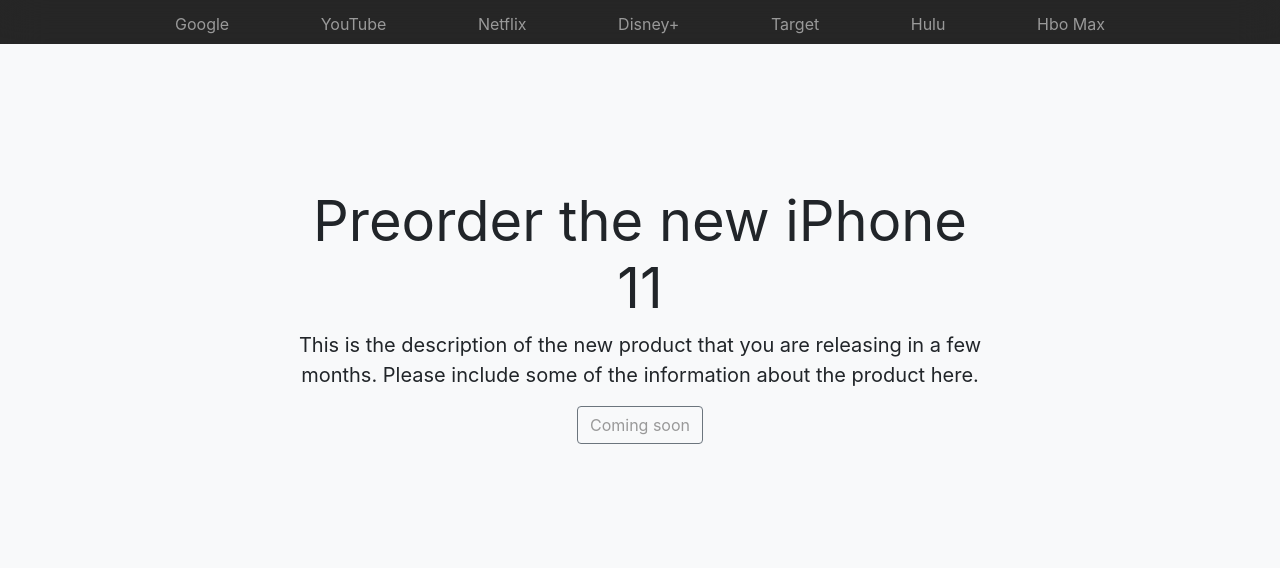
Repository: erosa068/EmilianoRosales-Resume
Page: LearnCS8-Twilio/index.html
The author's editor kept a record of every edit. The page is drawn from the files as they stood at one moment, then again after the next edit.
The browser window is 1280 px wide. The pictures show the part of the page from y = 0 to 568 px (the page is 1177 px tall).
A picture or video elsewhere on the page could not be fetched, so the positions and the page height are approximate.

Above is the page before.

### LearnCS8-Twilio/index.html
<!doctype html>
<html lang="en">
  <head>
    <!-- Required meta tags -->
    <meta charset="utf-8">
    <meta name="viewport" content="width=device-width, initial-scale=1, shrink-to-fit=no">
    <meta name="description" content="Nike and Jordan Sneakers for retail price, dont miss out">
    <meta name="author" content="862426617">

    <!-- Bootstrap CSS -->
    <link rel="stylesheet" href="https://stackpath.bootstrapcdn.com/bootstrap/4.5.2/css/bootstrap.min.css" integrity="sha384-JcKb8q3iqJ61gNV9KGb8thSsNjpSL0n8PARn9HuZOnIxN0hoP+VmmDGMN5t9UJ0Z" crossorigin="anonymous">

    <!-- Title of your Website -->
    <title>Dope Kicks</title>
    <link href="product.css" rel="stylesheet">
  </head>
  <body
  <nav class="site-header sticky-top py-1">
    <!-- Top Menu Bar -->
    <div class="container d-flex flex-column flex-md-row justify-content-between">
        <a class="py-2 d-none d-md-inline-block" id="menu-item-1" href="https://google.com" target="_blank">Google</a>
        <a class="py-2 d-none d-md-inline-block" id="menu-item-2" href="https://youtube.com" target="_blank">YouTube</a>
        <a class="py-2 d-none d-md-inline-block" id="menu-item-3" href="https://netflix.com" target="_blank">Netflix</a>
        <a class="py-2 d-none d-md-inline-block" id="menu-item-4" href="https://disneyplus.com" target="_blank">Disney+</a>
        <a class="py-2 d-none d-md-inline-block" id="menu-item-5" href="https://target.com" target="_blank">Target</a>
        <a class="py-2 d-none d-md-inline-block" id="menu-item-6" href="https://hulu.com" target="_blank">Hulu</a>
        <a class="py-2 d-none d-md-inline-block" id="menu-item-7" href="https://hbomax.com" target="_blank">Hbo Max</a>
    </div>
</nav>
<!-- Main Header Section h1-->
<div class="position-relative overflow-hidden p-3 p-md-5 m-md-0 text-center bg-light">
    <div class="col-md-8 p-lg-5 mx-auto my-5">
        <h1 class="display-4 font-weight-normal">Preorder the new iPhone 11</h1>
        <p class="lead font-weight-normal">This is the description of the new product that you are releasing in a few months. Please include some of the information about the product here.</p>
        <a class="btn btn-outline-secondary" href="#">Coming soon</a>
    </div>
</div>
<!-- Left Tile -->
<div class="d-md-flex flex-md-equal w-100">
    <div class="bg-dark pt-3 px-3 pt-md-5 px-md-5 text-center text-white overflow-hidden">
        <div class="my-3 py-3">
            <h2 class="display-5">Sign up</h2>
            <p class="lead">Sign up now to get instant access to our educational content</p>
        </div>
        <!-- Web form when submitted will send a text message -->
        <form class="p-2" onsubmit="sendTextMessage(); return false;">
            <!-- Full Name Form Field -->
            <div class="form-group">
                <label for="example-first-name">Full Name</label>
                <input type="text" value="Full Name" class="form-control" id="example-first-name" aria-describedby="emailHelp">
            </div>
            <!-- Phone Number Form Field -->
            <div class="form-group">
                <label for="example-tel-input">Phone number</label>
                <input type="tel" class="form-control" value="1408555555" id="example-tel-input">
            </div>
            <!-- JavaScript that handles onSubmit logic -->
            <!-- Configure the XHR request below with your own credentials -->
            <script>
            function sendTextMessage() {
                console.log("Hello world!");
                var xhr = new XMLHttpRequest();
                var accountSID = "AC9b9af47823b8cd1d5a95fbd226d0759e";
                var authToken = "d9bde2c908176ac677ba1441d88120fe";
                var base64encoded = accountSID + ":" + authToken;
                var params = "To=" + document.getElementById('example-tel-input').value + "&From=" + "+18336922536" + "&Body=" + "Hello " + document.getElementById('example-first-name').value + " I Love Jesus."
                xhr.open("POST", "https://api.twilio.com/2010-04-01/Accounts/" + accountSID + "/Messages.json", true);
                xhr.setRequestHeader('Content-Type', 'application/x-www-form-urlencoded');
                xhr.setRequestHeader('Authorization', 'Basic ' + btoa(base64encoded));
                xhr.send(params);
            }
            </script>
            <!-- Submit button that will execute the sendTextMessage function -->
            <button type="submit" class="btn btn-primary">Submit</button>
        </form>
    </div>
    <!-- Right Tile -->
    <div class="bg-light pt-3 px-3 pt-md-5 px-md-5 text-center overflow-hidden">
        <div class="my-3 p-3">
            <h2 class="display-5">Another Section</h2>
            <p class="lead">Put some text here about the company or product you are talking about. Then below add an image</p>
            <img class="mx-auto" src="https://image.goat.com/transform/v1/attachments/product_template_additional_pictures/images/049/864/225/original/721864_01.jpg.jpeg?action=crop&width=750" height="250px">
        </div>
        <div class="mx-auto" style="width: 80%; height: 100px; border-radius: 21px 21px 0 0;"></div>
    </div>
</div>
  </body>
</html>

### LearnCS8-Twilio/product.css
.container {
  max-width: 960px;
}

/*
 * Custom translucent site header
 */

.site-header {
  background-color: rgba(0, 0, 0, .85);
  -webkit-backdrop-filter: saturate(180%) blur(20px);
  backdrop-filter: saturate(180%) blur(20px);
}
.site-header a {
  color: #999;
  transition: ease-in-out color .15s;
}
.site-header a:hover {
  color: #fff;
  text-decoration: none;
}

/*
 * Dummy devices (replace them with your own or something else entirely!)
 */

.product-device {
  position: absolute;
  right: 10%;
  bottom: -30%;
  width: 300px;
  height: 540px;
  background-color: #333;
  border-radius: 21px;
  -webkit-transform: rotate(30deg);
  transform: rotate(30deg);
}

.product-device::before {
  position: absolute;
  top: 10%;
  right: 10px;
  bottom: 10%;
  left: 10px;
  content: "";
  background-color: rgba(255, 255, 255, .1);
  border-radius: 5px;
}

.product-device-2 {
  top: -25%;
  right: auto;
  bottom: 0;
  left: 5%;
  background-color: #e5e5e5;
}


/*
 * Extra utilities
 */

.flex-equal > * {
  -ms-flex: 1;
  flex: 1;
}
@media (min-width: 768px) {
  .flex-md-equal > * {
    -ms-flex: 1;
    flex: 1;
  }
}

.overflow-hidden { overflow: hidden; }

After the next edit:
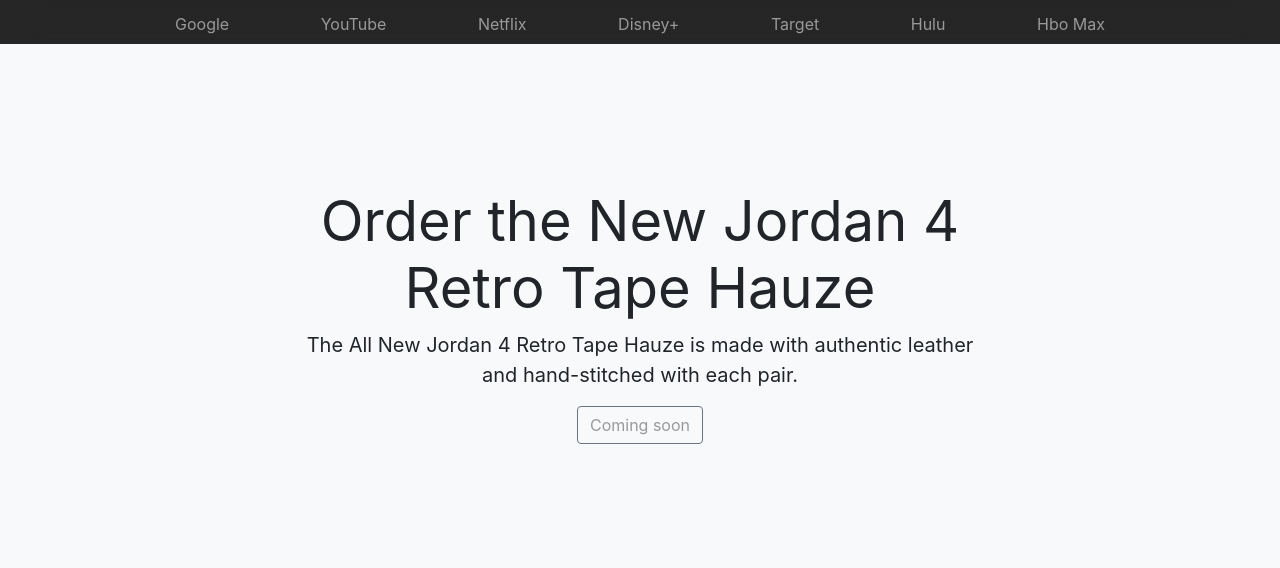
The edit:
--- a/LearnCS8-Twilio/index.html
+++ b/LearnCS8-Twilio/index.html
@@ -30,8 +30,8 @@
 <!-- Main Header Section h1-->
 <div class="position-relative overflow-hidden p-3 p-md-5 m-md-0 text-center bg-light">
     <div class="col-md-8 p-lg-5 mx-auto my-5">
-        <h1 class="display-4 font-weight-normal">Preorder the new iPhone 11</h1>
-        <p class="lead font-weight-normal">This is the description of the new product that you are releasing in a few months. Please include some of the information about the product here.</p>
+        <h1 class="display-4 font-weight-normal">Order the New Jordan 4 Retro Tape Hauze</h1>
+        <p class="lead font-weight-normal">The All New Jordan 4 Retro Tape Hauze is made with authentic leather and hand-stitched with each pair.</p>
         <a class="btn btn-outline-secondary" href="#">Coming soon</a>
     </div>
 </div>
